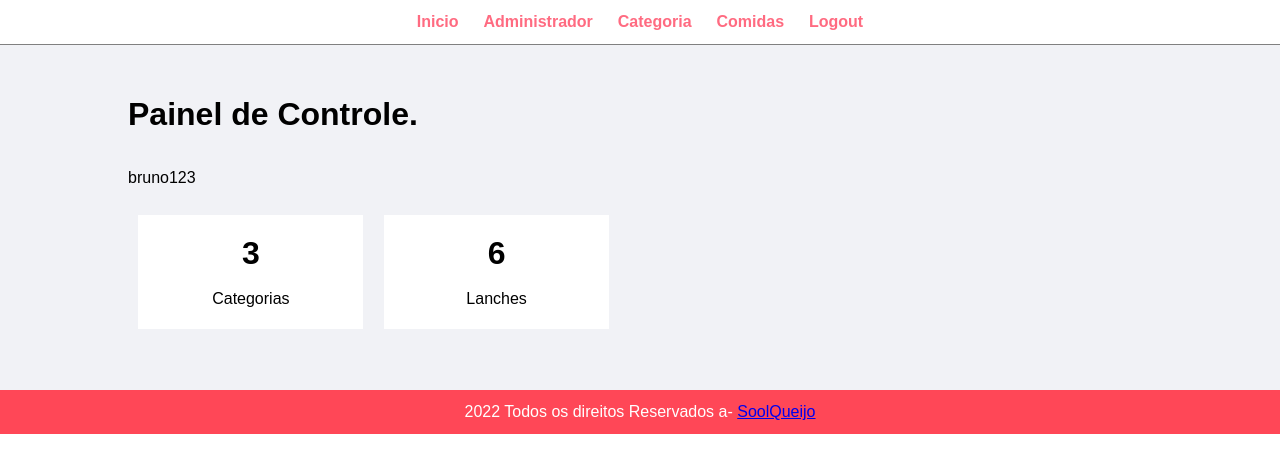
Repository: Rafa070/SoolQueijo
Page: http://localhost/food-order/admin/index.php
An editor plug-in stored every save of this project. The page is shown before and after the next save, followed by the edit.
The browser window is 1280 px wide. The pictures show the whole page.
The page is run by PHP 8.4 with error messages shown; the project is at /var/www/html/. The session is filled in as if someone had signed in: {"login": "bruno123", "username": "bruno123"}. The database holds what the project's SQL file puts in it.

Above is the page before, as saved 2022-03-20 16:59:00.

After the next save:
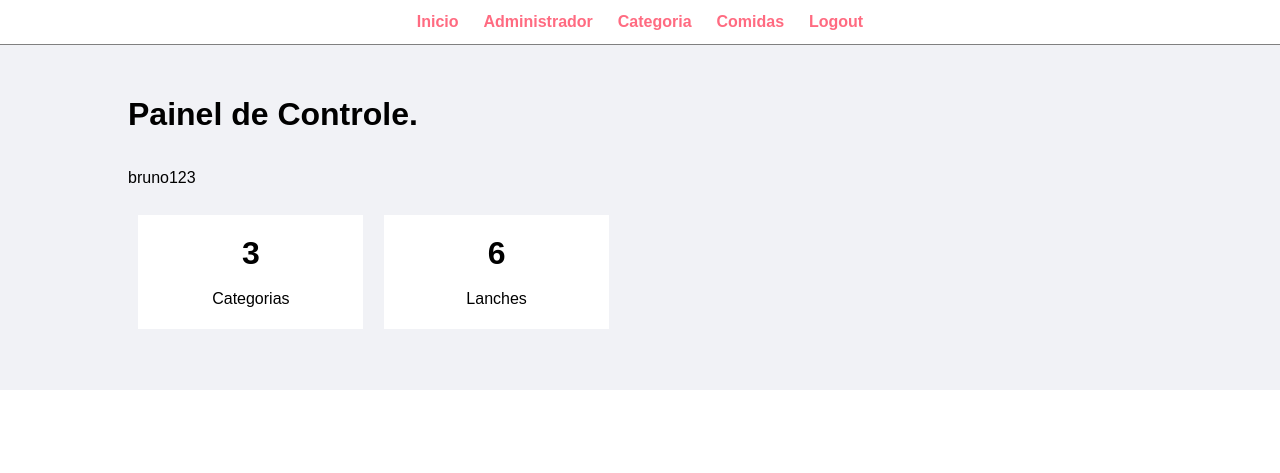
Saved 17 s later.
--- a/admin/index.php
+++ b/admin/index.php
@@ -44,5 +44,3 @@
 
             </div>
         </div>
-
-<?php include('partials/footer.php') ?>
